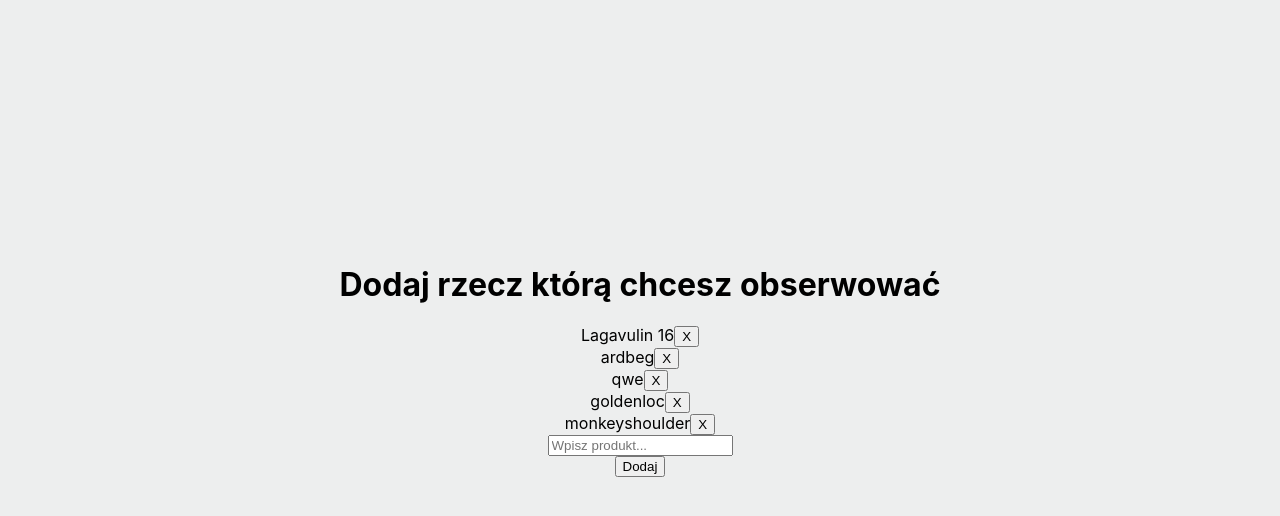
Repository: matedoo/crawler
Page: /MainApp
An editor plug-in stored every save of this project. The page is shown before and after the next save, followed by the edit.
The browser window is 1280 px wide. The pictures show the whole page.
The project was rebuilt for these pictures with package versions that can differ from the ones it lists, and the page was loaded fresh each time. Requests to the local data server were answered from the project's data file. Also part of the build but not shown: src/Components/button.js, src/Components/LoginComponents/LoginApp.js, src/Components/LoginComponents/RegisterApp.js, src/Components/btnContainer.js, src/Components/heading.js, src/Components/LoginComponents/StartApp.js.

Above is the page before, as saved 2020-04-28 22:59:19.

### public/index.html
<!DOCTYPE html>
<html lang="en">
  <head>
    <meta charset="utf-8" />
    <link rel="icon" href="%PUBLIC_URL%/favicon.ico" />
    <meta name="viewport" content="width=device-width, initial-scale=1" />
    <meta name="theme-color" content="#000000" />
    <meta
      name="description"
      content="Web site created using create-react-app"
    />
    <link rel="apple-touch-icon" href="%PUBLIC_URL%/logo192.png" />
    <!--
      manifest.json provides metadata used when your web app is installed on a
      user's mobile device or desktop. See https://developers.google.com/web/fundamentals/web-app-manifest/
    -->
    <link rel="manifest" href="%PUBLIC_URL%/manifest.json" />
    <!--
      Notice the use of %PUBLIC_URL% in the tags above.
      It will be replaced with the URL of the `public` folder during the build.
      Only files inside the `public` folder can be referenced from the HTML.

      Unlike "/favicon.ico" or "favicon.ico", "%PUBLIC_URL%/favicon.ico" will
      work correctly both with client-side routing and a non-root public URL.
      Learn how to configure a non-root public URL by running `npm run build`.
    -->
    <title>Racoon</title>
  </head>
  <body>
    <noscript>You need to enable JavaScript to run this app.</noscript>
    <div id="root"></div>

  </body>
</html>

### src/App.js
import React from 'react';
import LoginApp from './Components/LoginComponents/LoginApp'
import RegisterApp from './Components/LoginComponents/RegisterApp'
import StartApp from './Components/LoginComponents/StartApp'
import MainApp from './Components/MainApp/MainApp'
import {BrowserRouter as Router, Switch, Route} from 'react-router-dom'




class App extends React.Component {

  render(){
    return (
      <Router>
        <Switch>
          <Route path='/' exact component={StartApp}></Route>
          <Route path='/LoginApp' component={LoginApp}></Route>
          <Route path='/RegisterApp' component={RegisterApp}></Route>
          <Route path='/MainApp' component={MainApp}></Route>
        </Switch>
      </Router>
    );
  }
}



export default App;

### src/Components/MainApp/MainApp.js
import React, { useState, useEffect } from 'react';
import styled from 'styled-components';
import MainAppElement from './MainAppElement'


//http://localhost:4000/items

function MainApp(props) {
  const [inputValue, setInputValue] = useState('')

  let [fetchedData, setFetchedData] = useState([])
  const [dataError, setDataError] = useState(null)
  const [isLoading, setIsLoading] = useState(true)

  useEffect(() => {
    const myFetch = async () => {
      setIsLoading(true)

      try {
        const response = await fetch(`http://localhost:4000/items`)
        const responseParsed = await response.json()

        setIsLoading(false)
        setFetchedData(responseParsed)

      } catch(dataError){
        setIsLoading(false)
        setDataError(dataError)
      }

    }
    myFetch()
  }, [])
  console.log(fetchedData);




  if(isLoading){
    return <p>Loading...</p>
  }
  if(dataError){
    return <p>Error...</p>
  }

  const handleInputChange = (event) => {
    const { value } = event.target

    setInputValue(value)

  }
  const handleButtonClick = () => {
    // setFetchedData({inputValue})

    // const { elementsList } = elementsListState;
    // console.log(elementsList)
    fetch('http://localhost:4000/items', {
        method: 'POST', // or 'PUT'
        headers: {
          'Content-Type': 'application/json',
        },
        body: JSON.stringify({
          title: inputValue
      }),
      })
      .then((response) => response.json())
      .then((data) => {
        fetchedData.push(data)
        console.log('Success:', data);
      })
      .catch((error) => {
        console.error('Error:', error);
      });

  }


    return (
      <LoginAppStyled>
        <h1>Dodaj rzecz którą chcesz obserwować</h1>
        {fetchedData.map((element) => (
          <MainAppElement
            key={element}
            value={element.id}
            element={element.title}
            // handleCloseClick={handleElementRemove}
          />
        ))}
        <input
          name='listelemt'
          placeholder='Wpisz produkt...'
          value={inputValue}
          onChange={handleInputChange}
        />
        <button onClick={handleButtonClick}>Dodaj</button>
        {/* {!!error && <p>{error}</p>} */}

      </LoginAppStyled>
    );

}

export default MainApp;



const LoginAppStyled = styled.div`
   background-color: #edeeee;
   margin: 0;
   padding:0;
   height: 100vh;
   width: 100%;
   display: flex;
   align-items: center;
   justify-content: center;
   flex-direction: column;
`

### src/Components/MainApp/MainAppElement.js
import React from 'react';


function MainAppElement(props){
    const {value, element, handleCloseClick} = props;
    return(
        <div value={value}>
            {element}
            <button onClick={ () => handleCloseClick(element)}>X</button>
        </div>

    )
}

export default MainAppElement;

### db.json
{
  "items": [
    {
      "title": "Lagavulin 16",
      "id": 1
    },
    {
      "title": "ardbeg",
      "id": 3
    },
    {
      "title": "qwe",
      "id": 4
    },
    {
      "title": "goldenloc",
      "id": 6
    },
    {
      "title": "monkeyshoulder",
      "id": 7
    }
  ]
}

Loaded but not shown: src/index.js (common file); src/styles/index.css (common file); src/serviceWorker.js (common file)

After the next save:
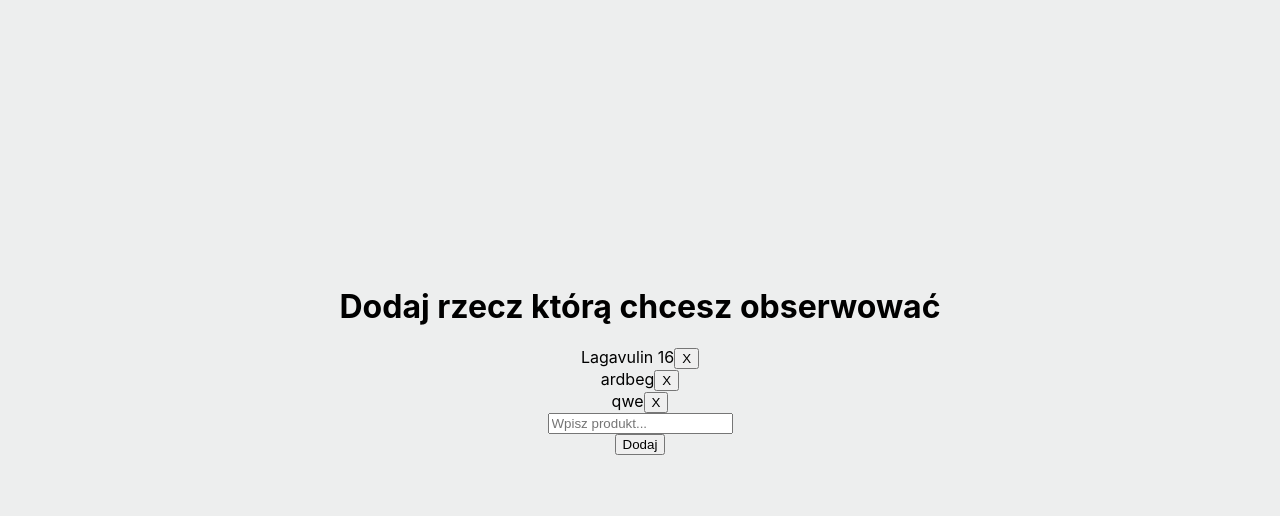
Saved 78 s later.
--- a/db.json
+++ b/db.json
@@ -11,14 +11,7 @@
     {
       "title": "qwe",
       "id": 4
-    },
-    {
-      "title": "goldenloc",
-      "id": 6
-    },
-    {
-      "title": "monkeyshoulder",
-      "id": 7
     }
+
   ]
 }
